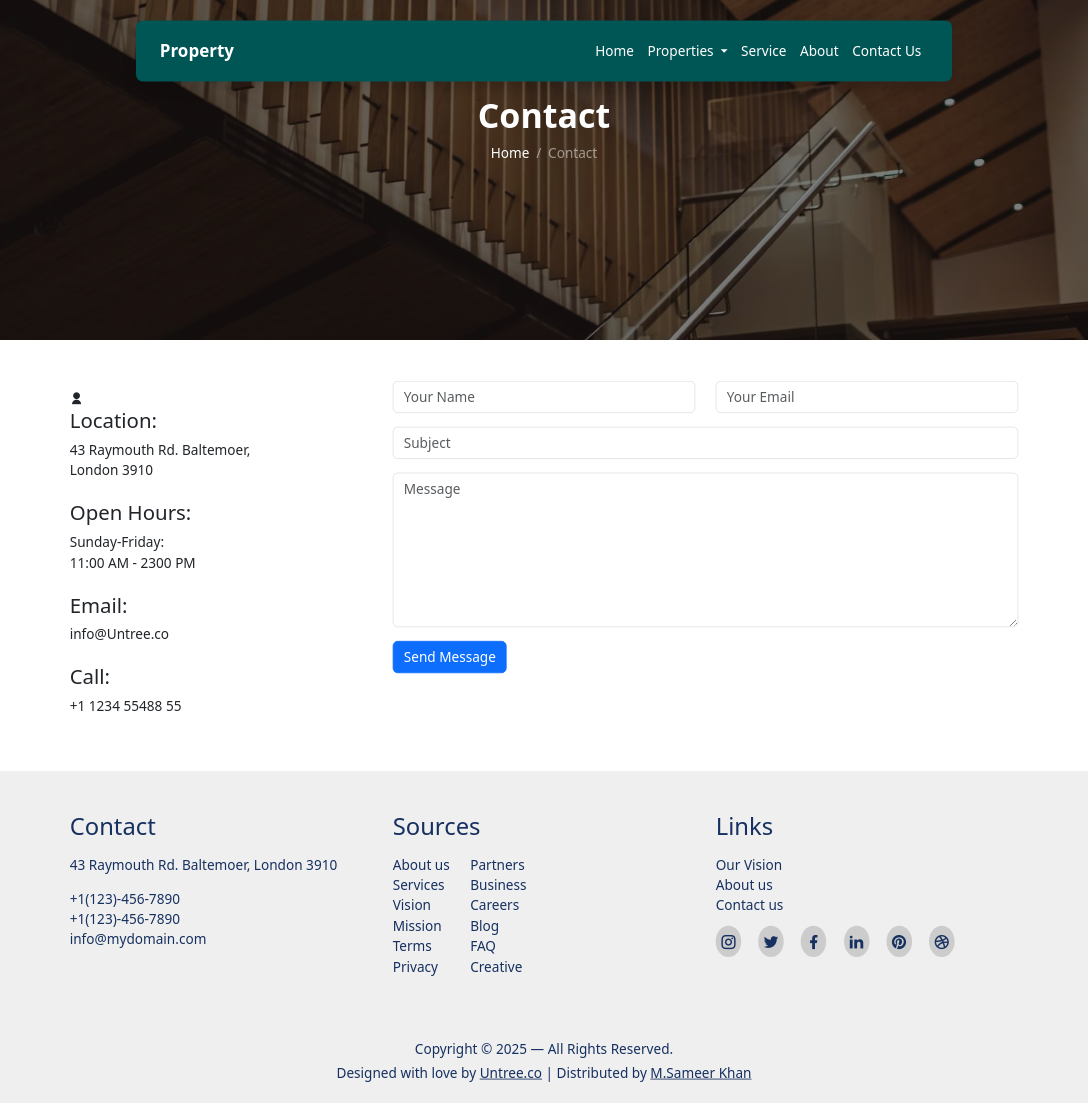
Repository: sameerrrrkhan911-git/Property
Page: contact.html
These files come from the project's save history. The page is drawn as it stood at one moment and after the next save; the edit follows.
The browser window is 1280 px wide. The pictures show the whole page, at 85% of full size.
Some icons come from a web library that is not loaded, so they are not drawn. Some web libraries are served in a nearby version.

Above is the page before, as saved 2025-09-28 21:28:20.
Console error: TypeError: Cannot read properties of undefined (reading 'length')

### contact.html
<!DOCTYPE html>
<html lang="en">

<head>
    <meta charset="utf-8">
    <meta name="viewport" content="width=device-width, initial-scale=1">
    <title>Property</title>

    <!--====== LINKS ========-->
    <link href="https://cdn.jsdelivr.net/npm/bootstrap@5.3.8/dist/css/bootstrap.min.css" rel="stylesheet">
    <link
        href="https://fonts.googleapis.com/css2?family=Montserrat:wght@400;600&family=Open+Sans:wght@400;600&display=swap"
        rel="stylesheet">
    <link href="https://unpkg.com/aos@2.3.1/dist/aos.css" rel="stylesheet">
    <link href="https://cdn.jsdelivr.net/npm/remixicon@4.5.0/fonts/remixicon.css" rel="stylesheet">
    <link href="https://cdnjs.cloudflare.com/ajax/libs/tiny-slider/2.9.4/tiny-slider.css" rel="stylesheet">
    <link rel="stylesheet" href="assets/css/style2.css">
    <link rel="stylesheet" href="assets/css/style.css">

</head>

<body>

    <!--=====HEADER=====-->
    <header>
        <section id="Right-Step">
            <div class="bg-holder overlay overlay-elixir">
            </div>

            <!-- Navbar -->
            <nav
                class="navbar navbar-expand-lg green-color p-3 mt-4 sticky-top position-absolute top-0 start-50 translate-middle-x w-75 rounded-3 shadow">
                <div class="container-fluid">
                    <!-- Brand -->
                    <a class="navbar-brand text-white fw-bold" href="#">Property</a>

                    <!-- Toggler for Mobile -->
                    <button class="navbar-toggler bg-light" type="button">
                        <span class="navbar-toggler-icon"></span>
                    </button>

                    <!-- Navbar Links -->
                    <div class="collapse navbar-collapse" id="navbarNavDropdown">
                        <ul class="navbar-nav ms-auto">
                            <li class="nav-item">
                                <a class="nav-link text-white active" aria-current="page" href="index.html">Home</a>
                            </li>
                            <li class="nav-item dropdown">
                                <a class="nav-link dropdown-toggle text-white" href="#" role="button"
                                    data-bs-toggle="dropdown" aria-expanded="false">
                                    Properties
                                </a>
                                <ul class="dropdown-menu">
                                    <li><a class="dropdown-item" href="#">Action</a></li>
                                    <li><a class="dropdown-item" href="#">Another action</a></li>
                                    <li><a class="dropdown-item" href="#">Something else here</a></li>
                                </ul>
                            </li>
                            <li class="nav-item"><a class="nav-link text-white" href="service.html">Service</a></li>
                            <li class="nav-item"><a class="nav-link text-white" href="about.html">About</a></li>
                            <li class="nav-item"><a class="nav-link text-white" href="contact.html">Contact Us</a></li>
                        </ul>
                    </div>
                </div>
            </nav>

            <!--/.bg-holder-->
            <div class="forbg py-5">
                <div class="container">

                    <div class="row justify-content-center align-items-center">
                        <div class="col-lg-9 text-center mt-5">
                            <h1 class="heading aos-init aos-animate white mt-3 fw-bold" data-aos="fade-up">Contact</h1>

                            <nav aria-label="breadcrumb" data-aos="fade-up" data-aos-delay="200"
                                class="aos-init aos-animate">
                                <ol class="breadcrumb text-center justify-content-center">
                                    <li class="breadcrumb-item"><a href="index.html" style="color: white;">Home</a></li>
                                    <li class="ms-2 me-2 text-white-50" aria-current="page">
                                        /
                                    </li>
                                    <li class="breadcrumb-item active text-white-50" aria-current="page">
                                        Contact
                                    </li>
                                </ol>
                            </nav>
                        </div>
                    </div>
                </div>
            </div><!-- end of .container-->
        </section>
    </header>

    <!--====MAIN====-->

    <main>

<div class="section py">
      <div class="container">
        <div class="row py-5">
          <div class="col-lg-4 mb-5 mb-lg-0 aos-init aos-animate" data-aos="fade-up" data-aos-delay="100">
            <div class="contact-info">
              <div class="address mt-2">
<div>
    <i class="ri-user-fill"></i>
</div>
                <div>
                    <h4 class="mb-2">Location:</h4>
                <p>
                  43 Raymouth Rd. Baltemoer,<br>
                  London 3910
                </p>
                </div>
              </div>

              <div class="open-hours mt-4">
                <i class="icon-clock-o"></i>
                <h4 class="mb-2">Open Hours:</h4>
                <p>
                  Sunday-Friday:<br>
                  11:00 AM - 2300 PM
                </p>
              </div>

              <div class="email mt-4">
                <i class="icon-envelope"></i>
                <h4 class="mb-2">Email:</h4>
                <p>info@Untree.co</p>
              </div>

              <div class="phone mt-4">
                <i class="icon-phone"></i>
                <h4 class="mb-2">Call:</h4>
                <p>+1 1234 55488 55</p>
              </div>
            </div>
          </div>
          <div class="col-lg-8 aos-init aos-animate" data-aos="fade-up" data-aos-delay="200">
            <form action="#">
              <div class="row">
                <div class="col-6 mb-3">
                  <input type="text" class="form-control" placeholder="Your Name">
                </div>
                <div class="col-6 mb-3">
                  <input type="email" class="form-control" placeholder="Your Email">
                </div>
                <div class="col-12 mb-3">
                  <input type="text" class="form-control" placeholder="Subject">
                </div>
                <div class="col-12 mb-3">
                  <textarea name="" id="" cols="30" rows="7" class="form-control" placeholder="Message"></textarea>
                </div>

                <div class="col-12">
                  <input type="submit" value="Send Message" class="btn btn-primary">
                </div>
              </div>
            </form>
          </div>
        </div>
      </div>
    </div>

    </main>

    <!-- FOOTER -->
    <footer class="greyy py-5 pb-4 grey">

        <div class="container">
            <div class="row">

                <!-- Contact -->
                <div class="col-lg-4 col-md-6 mb-4">
                    <h3 class="mb-3 font-color">Contact</h3>
                    <address class="mb-3 font-color">43 Raymouth Rd. Baltemoer, London 3910</address>
                    <ul class="list-unstyled">
                        <li><a href="tel://11234567890" class=" text-decoration-none"
                                style="color: #163060;">+1(123)-456-7890</a></li>
                        <li><a href="tel://11234567890" class=" text-decoration-none"
                                style="color: #163060;">+1(123)-456-7890</a></li>
                        <li><a href="mailto:info@mydomain.com" class=" text-decoration-none"
                                style="color: #163060;">info@mydomain.com</a></li>
                    </ul>
                </div>

                <!-- Sources -->
                <div class="col-lg-4 col-md-6 mb-4">
                    <h3 class="mb-3 font-color">Sources</h3>
                    <div class="d-flex">
                        <ul class="list-unstyled me-4">
                            <li><a href="#" class="font-color text-decoration-none">About us</a></li>
                            <li><a href="#" class="font-color text-decoration-none">Services</a></li>
                            <li><a href="#" class="font-color text-decoration-none">Vision</a></li>
                            <li><a href="#" class="font-color text-decoration-none">Mission</a></li>
                            <li><a href="#" class="font-color text-decoration-none">Terms</a></li>
                            <li><a href="#" class="font-color text-decoration-none">Privacy</a></li>
                        </ul>
                        <ul class="list-unstyled">
                            <li><a href="#" class="font-color text-decoration-none">Partners</a></li>
                            <li><a href="#" class="font-color text-decoration-none">Business</a></li>
                            <li><a href="#" class="font-color text-decoration-none">Careers</a></li>
                            <li><a href="#" class="font-color text-decoration-none">Blog</a></li>
                            <li><a href="#" class="font-color text-decoration-none">FAQ</a></li>
                            <li><a href="#" class="font-color text-decoration-none">Creative</a></li>
                        </ul>
                    </div>
                </div>

                <!-- Links & Social -->
                <div class="col-lg-4 col-md-12 mb-4">
                    <h3 class="mb-3 font-color">Links</h3>
                    <ul class="list-unstyled">
                        <li><a href="#" class="font-color text-decoration-none">Our Vision</a></li>
                        <li><a href="#" class="font-color text-decoration-none">About us</a></li>
                        <li><a href="#" class="font-color text-decoration-none">Contact us</a></li>
                    </ul>

                    <!-- Social icons -->
                    <div class="mt-3">
                        <a href="#" class="font-color me-3 fs-5 roundd text-color dark-grey"><i
                                class="ri-instagram-line"></i></a>
                        <a href="#" class="font-color me-3 fs-5 roundd dark-grey"><i class="ri-twitter-fill"></i></a>
                        <a href="#" class="font-color me-3 fs-5 roundd dark-grey"><i class="ri-facebook-fill"></i></a>
                        <a href="#" class="font-color me-3 fs-5 roundd dark-grey"><i class="ri-linkedin-fill"></i></a>
                        <a href="#" class="font-color me-3 fs-5 roundd dark-grey"><i class="ri-pinterest-fill"></i></a>
                        <a href="#" class="font-color fs-5 roundd dark-grey"><i class="ri-dribbble-line"></i></a>
                    </div>
                </div>

            </div>

            <hr class="border-light">

            <!-- Copyright -->
            <div class="row">
                <div class="col-12 text-center">
                    <p class="mb-1 font-color">
                        Copyright ©
                        <script>document.write(new Date().getFullYear());</script> — All Rights Reserved.
                    </p>
                    <p class="mb-0 font-color">
                        Designed with love by <a href="https://untree.co"
                            class="font-color text-decoration-underline">Untree.co</a>
                        | Distributed by <a href="https://themewagon.com/" target="_blank"
                            class="font-color text-decoration-underline">M.Sameer Khan</a>
                    </p>
                </div>
            </div>

        </div>

    </footer>

    <!-- Bootstrap JS -->
    <script src="https://cdn.jsdelivr.net/npm/bootstrap@5.3.8/dist/js/bootstrap.bundle.min.js"></script>
    <!-- AOS JS -->
    <script src="https://unpkg.com/aos@2.3.1/dist/aos.js"></script>

    <script>
        AOS.init({
            duration: 1000,
            once: true
        });
    </script>

    <script src="https://cdnjs.cloudflare.com/ajax/libs/tiny-slider/2.9.4/min/tiny-slider.js"></script>

    <script>
        var slider = tns({
            container: '.property-slider',
            items: 3,
            slideBy: 1,
            autoplay: false,
            controls: true,
            nav: false,
            gutter: 20,
            controlsContainer: '.slider-controls',
            prevButton: '.prev',
            nextButton: '.next',
            responsive: {
                0: { items: 1 },
                768: { items: 2 },
                1200: { items: 3 }
            }
        });
    </script>

</body>

</html>

### assets/css/style.css
/* ==============================
   Root Variables
=================================*/
:root {
  --green-color: #005555;
   --heading-color: #2a3855;
}

.green-color {
  background-color: var(--green-color);
}

.green{
  color: var(--green-color);
}

.black{
  color: black;
}

.para{
  text-align: left;
}

.heading-color{
  color: var(--heading-color);
}

.z-9 {
  z-index: 9 !important;
}

.white {
  color: white;
}

.green-line{
   height: 2px;
  width: 120px;
 background-color: var(--green-color);
 margin-bottom: 10px;
}

.black-line{
   height: 2px;
  width: 80px;
 background-color: black;
 margin: 10px auto;
}

.white-bg{
  background-color: white;
}

.fs-6{
  font-size: 5px;
}

.marginn{
  margin-bottom: 30px;
}

.a{
  text-decoration: none;
}


.dark-grey{
  background-color: #cccccc;
}

.text-color{
  color: #909ba6;
}
/* ==============================
Header
=================================*/


/* Hero background */
.hero-header {
  background-image: url("../images/hero_bg_3.jpg") !important;
  background-repeat: no-repeat;
  background-position: center center;
  background-size: cover;
  min-height: 100vh;
  position: relative;
  display: flex;
  align-items: center;
}



/* Overlay */
.hero-header::before {
  content: "";
  position: absolute;
  top: 0;
  left: 0;
  width: 100%;
  height: 100%;
  background: rgba(0, 0, 0, 0.5);
  z-index: 0;
}

/* Keep hero text above overlay */
.hero {
  position: relative;
  z-index: 1;
}

/* White text */
.white {
  color: #fff !important;
}

/* Responsive adjustments */
@media (max-width: 768px) {
  nav.navbar {
    width: 90% !important;
    margin-top: 1rem !important;
    padding: 0.75rem 1rem !important;
  }

  .hero h1 {
    font-size: 1.75rem;
    line-height: 1.3;
  }

  .hero form {
    flex-direction: column !important;
    gap: 0.75rem;
  }

  .hero input {
    width: 100% !important;
  }

  .hero button {
    width: 100% !important;
  }
}

@media (max-width: 576px) {
  .hero h1 {
    font-size: 1.5rem;
  }
}

/* Popular properties */

.property-slider {
  overflow: hidden;
}

.property-item {
  background: #fff;
  border-radius: 8px;
  overflow: hidden;
}

.property-content {
  background: #fff;
  border-radius: 8px;
}

/* Features */

.features-1 {
    padding-top: 30px;
    position: relative;
    z-index: 8;
    text-align: center;
    background-color: rgba(0, 32, 74, 0.05);
}

/* ==========================
   Testimonials Section
========================== */

.sec-testimonials .heading {
  font-size: 2rem;
  font-weight: 700;
}

/* Prev/Next buttons */
#testimonial-nav {
  display: flex;
  gap: 10px;
}

#testimonial-nav span {
  cursor: pointer;
  font-size: 14px;
  color: #002855;
  background: #e9ecef;
  padding: 6px 14px;
  border-radius: 20px;
  transition: all 0.3s ease;
}

#testimonial-nav span:hover {
  background: #002855;
  color: #fff;
}

/* Testimonials layout */
.testimonial-slider {
  display: grid;
  grid-template-columns: repeat(auto-fit, minmax(300px, 1fr));
  gap: 40px;
  margin-top: 30px;
  text-align: center;
}

.testimonial {
  padding: 20px;
}

.testimonial img {
  width: 90px;
  height: 90px;
  object-fit: cover;
  margin-bottom: 15px;
  border: 3px solid #ddd;
}

.testimonial .rate {
  margin: 10px 0;
  font-size: 16px;
  color: #f1c40f;
}

.testimonial h3 {
  margin-bottom: 10px;
  font-size: 1.1rem;
  font-weight: 600;
}

.testimonial blockquote {
  font-style: italic;
  font-size: 0.95rem;
  color: #555;
  margin: 10px 0 15px;
}

.greyy{
  background-color: #efefef;
}

.testimonial p.text-muted {
  font-size: 0.85rem;
  color: #888;
}

.img-fluid {
   max-width: 100%;
    height: auto;
}

/* Call To Action */
.footer-cta {
  background: white ;
  padding: 50px;
}

.footer-cta .btn-primary {
  border-radius: 30px;
  font-size: 1.1rem;
  transition: all 0.3s ease;
}

.footer-cta .btn-primary:hover {
  background: #003f3f;
  transform: translateY(-3px);
  box-shadow: 0 6px 15px rgba(0,0,0,0.2);
}

/* Our Agents */
.section_1{
  background-color: #f8f9fa;
}

/* Agent Card */
.person {
  background: #fff;
  border-radius: 12px;
  padding: 60px 20px 30px;
  text-align: center;
  position: relative;
  box-shadow: 0 4px 20px rgba(0,0,0,0.05);
  transition: all 0.3s ease;
}

.person:hover {
  transform: translateY(-8px);
  box-shadow: 0 12px 30px rgba(0,0,0,0.1);
}

/* Profile Image */
.person img {
  width: 100px;
  height: 100px;
  object-fit: cover;
  border-radius: 50%;
  position: absolute;
  top: -50px;
  left: 50%;
  transform: translateX(-50%);
}

/* Text styling */
.person-contents h2 {
  margin-top: 60px;
  font-size: 1.2rem;
  font-weight: 600;
}

.person-contents .meta {
  font-size: 0.9rem;
  color: #6c757d;
  margin-bottom: 15px;
}

.person-contents p {
  font-size: 0.95rem;
  color: #555;
  margin-bottom: 20px;
}

/* Social icons */
.social a {
  display: inline-flex;
  justify-content: center;
  align-items: center;
  width: 40px;
  height: 40px;
  margin: 0 5px;
  border-radius: 50%;
  background: #002855;
  color: #fff;
  transition: all 0.3s ease;
  text-decoration: none;
}

.social a:hover {
  background: #005555;
}

h2 a {
  color: #000;
  text-decoration: none;
}

.roundd{

  border-radius: 50%;
  text-decoration: none;
  padding: 5px;
}

.font-color{
 color: #163060;
}

.forbg {
    height: 400px;
    background: linear-gradient(to bottom, rgba(0, 0, 0, 0.5), rgba(0, 0, 0, 0.5)), url(../images/hero_bg_1.jpg);
    background-size: cover;
    background-position: center;
}

a{
  text-decoration: none;
}

Loaded but not shown: assets/css/style2.css (library)

After the next save:
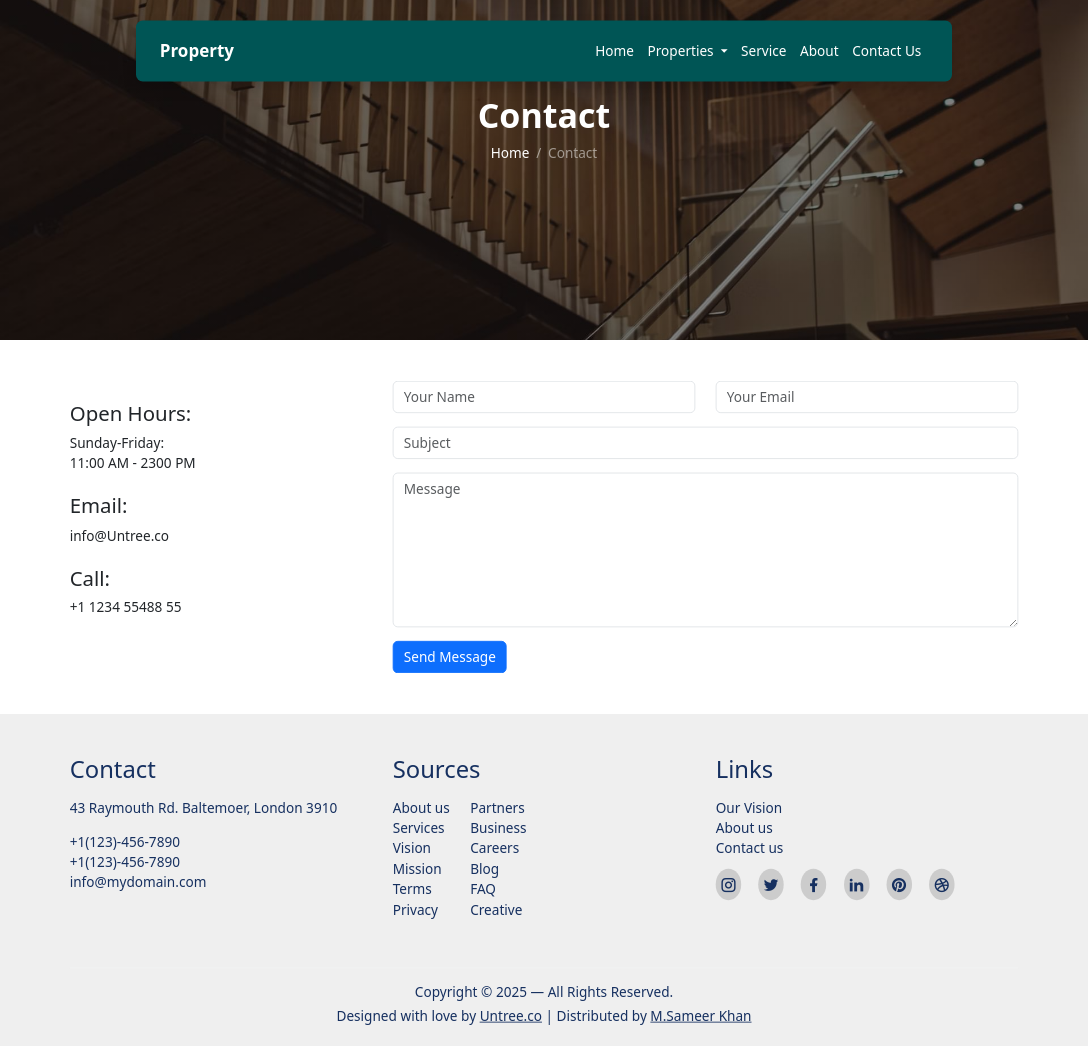
Saved 5 s later.
--- a/contact.html
+++ b/contact.html
@@ -101,16 +101,7 @@
           <div class="col-lg-4 mb-5 mb-lg-0 aos-init aos-animate" data-aos="fade-up" data-aos-delay="100">
             <div class="contact-info">
               <div class="address mt-2">
-<div>
-    <i class="ri-user-fill"></i>
-</div>
-                <div>
-                    <h4 class="mb-2">Location:</h4>
-                <p>
-                  43 Raymouth Rd. Baltemoer,<br>
-                  London 3910
-                </p>
-                </div>
+
               </div>
 
               <div class="open-hours mt-4">

After the save that followed:
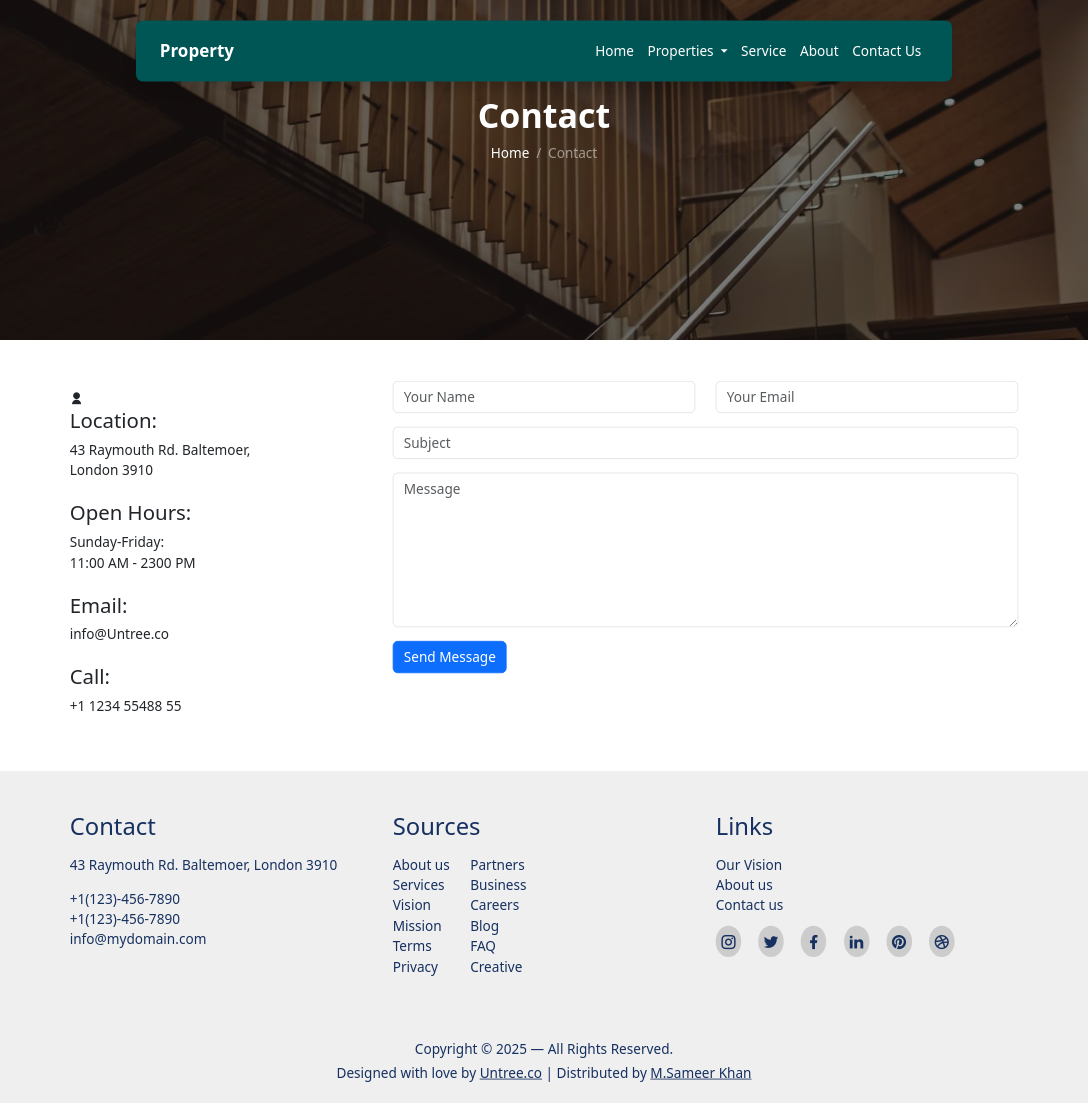
Saved 8 s later.
--- a/contact.html
+++ b/contact.html
@@ -101,7 +101,18 @@
           <div class="col-lg-4 mb-5 mb-lg-0 aos-init aos-animate" data-aos="fade-up" data-aos-delay="100">
             <div class="contact-info">
               <div class="address mt-2">
-
+<div>
+    <div>
+    <i class="ri-user-fill"></i>
+</div>
+                <div>
+                    <h4 class="mb-2">Location:</h4>
+                <p>
+                  43 Raymouth Rd. Baltemoer,<br>
+                  London 3910
+                </p>
+                </div>
+</div>
               </div>
 
               <div class="open-hours mt-4">
